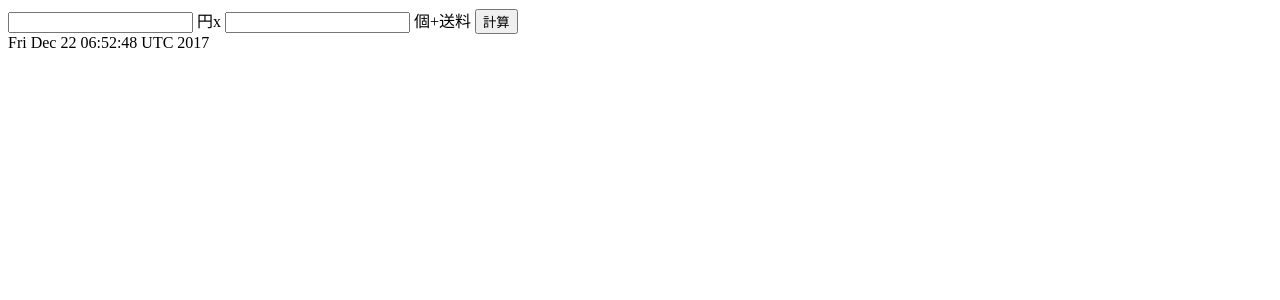
Repository: nununukibook/backup
Page: http://localhost/HelloJSP/
The author's editor kept a copy of each file at every save. The page is drawn from the files as they stood at one save, then again after the next save.
The browser window is 1280 px wide. The pictures show the whole page.
The page is served by Tomcat 9.

Above is the page before, as saved 2017-12-26 05:30:18.

After the next save:
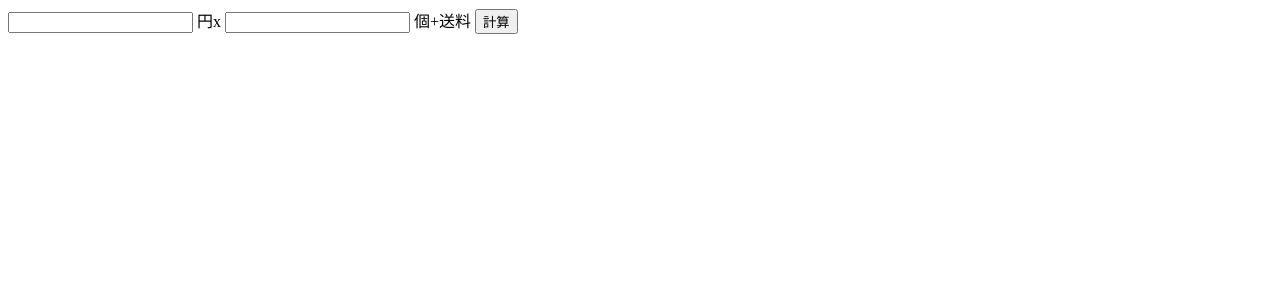
Saved 54 s later.
--- a/HelloJSP/WebContent/index.jsp
+++ b/HelloJSP/WebContent/index.jsp
@@ -16,6 +16,5 @@
 <input type="submit" value="計算">
 </form>
 
-<% out.println(new java.util.Date()); %>
 </body>
 </html>
